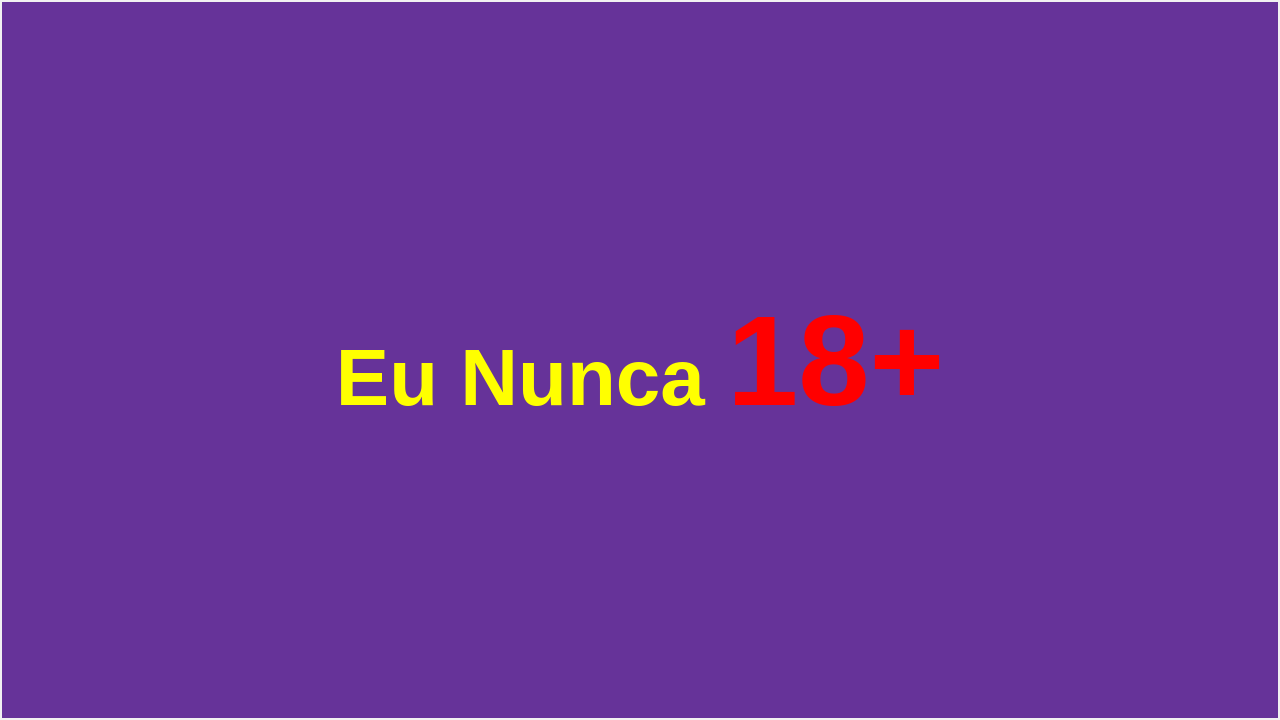
Repository: odiloalmeida/inever
Page: index.html
An editor plug-in stored every save of this project. The page is shown before and after the next save, followed by the edit.
The browser window is 1280 px wide. The pictures show the whole page.

Above is the page before, as saved 2023-01-31 20:16:22.

### index.html
<!DOCTYPE html>
<html lang="en">
<head>
    <meta charset="UTF-8">
    <meta http-equiv="X-UA-Compatible" content="IE=edge">
    <meta name="viewport" content="width=device-width, initial-scale=1.0">
    <link rel="stylesheet" href="./style.css">
    <title>18+ I Never</title>

</head>

<body>
    <button id="myButton" onclick="changeButtonName()"><span>Eu Nunca </span> <span2>18+</span2></button>
</body>

<script>

    function changeButtonName() {
        var button = document.getElementById("myButton");

        var names = ["Beijei alguém dessa turma",
        "Senti atração por alguém dessa turma",
        "Tomei banho pelado na praia/piscina",
        "Fiquei com um professor",
        "Fiquei com um amigo e me arrependi",
        "Fiquei com um amigo e não disse pra ninguém",
        "Menti sobre ter ficado com uma pessoa",
        "Bebi tanto que beijei alguém que não queria",
        "Bebi tanto que esqueci tudo no outro dia",
        "Vi um nudes de alguém dessa turma",
        "Desejei o namorado/namorada de um amigo",
        "Fiquei com alguém por interesse",
        "Acelerei o ato sexual por que o oral estava ruim",
        "Bebi pra ter coragem de chegar numa pessoa",
        "Transei na escola/faculdade",
        "Transei no chão",
        "Fiz sexo oral enquanto a pessoa trabalhava",
        "Fiz sexo oral enquanto a pessoa dirigia",
        "Usei fantasias sexuais",
        "Usei plug anal",
        "Usei um vibrador",
        "Fiquei com alguém depois neguei pra todo mundo",
        "Disse pra uma pessoa que a amava sem amar",
        "Transei no carro",
        "Broxei no meio do ato sexual",
        "Desisti de ficar com uma pessoa por que ela estava fedendo",
        "Fui chupar e estava fedendo muito e desisti",
        "Me masturbei depois do ato sexual por que não conseguir “chegar lá” com o parceiro",
        "Fiquei com dois amigos ao mesmo tempo sem eles saberem",
        "Parei o ato sexual para ir fazer xixi",
        "Fiz a chuca",
        "Transei na rua",
        "Paguei por sexo",
        "Fiz sexo por dinheiro"

        ];

        var randomName = names[Math.floor(Math.random() * names.length)];
        button.innerHTML = randomName;
    }

</script>

</html>

### style.css
* {
    padding: 0;
    margin: 0;
    box-sizing: border-box;
}

body {
    width: 100vw;
    height: 100vh;
    background-color:rebeccapurple;
    display: flex;
    flex-direction: column;
    align-items: center;
    justify-content: center;
}

button {
    background-color: transparent;
    height: 100vh;
    width: 100vw;
    border: #f1f1f1 2px solid;
    color: #f1f1f1;
    font-weight: bold;
    font-size: 3rem;
    padding: 5px;
}

button span {
    color: yellow;
    font-size: 5rem;
}

button span2 {
    color: red;
    font-size: 8rem;
}

After the next save:
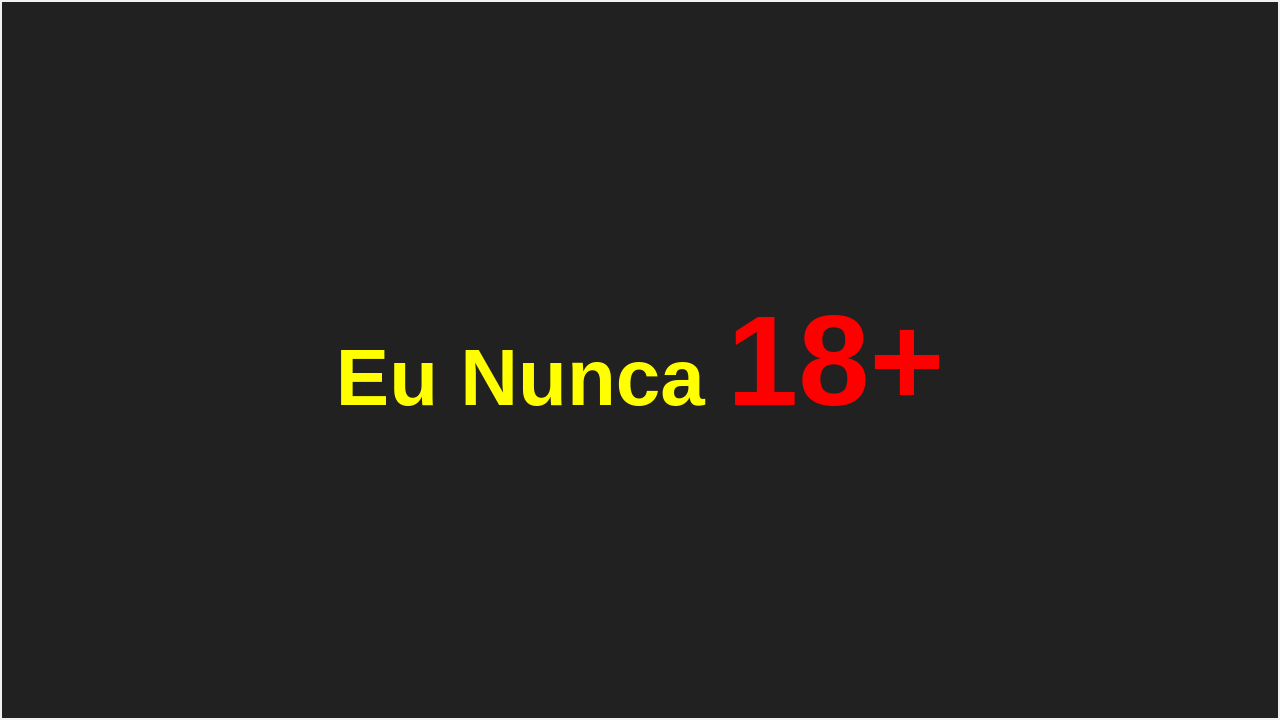
Saved 38 s later.
--- a/style.css
+++ b/style.css
@@ -7,7 +7,7 @@
 body {
     width: 100vw;
     height: 100vh;
-    background-color:rebeccapurple;
+    background-color: #212121;
     display: flex;
     flex-direction: column;
     align-items: center;
